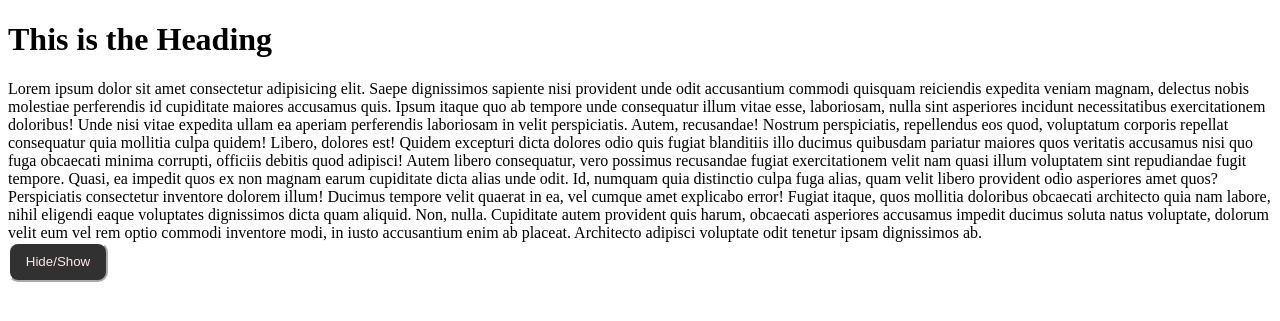
Repository: raisingh22/Simranlearning
Page: html css java/practice/index2.html
The author's editor kept a copy of each file at every save. The page is drawn from the files as they stood at one save, then again after a run of saves.
The browser window is 1280 px wide. The pictures show the whole page.

Above is the page before, as saved 2024-01-19 22:15:25.

After the next 2 saves:
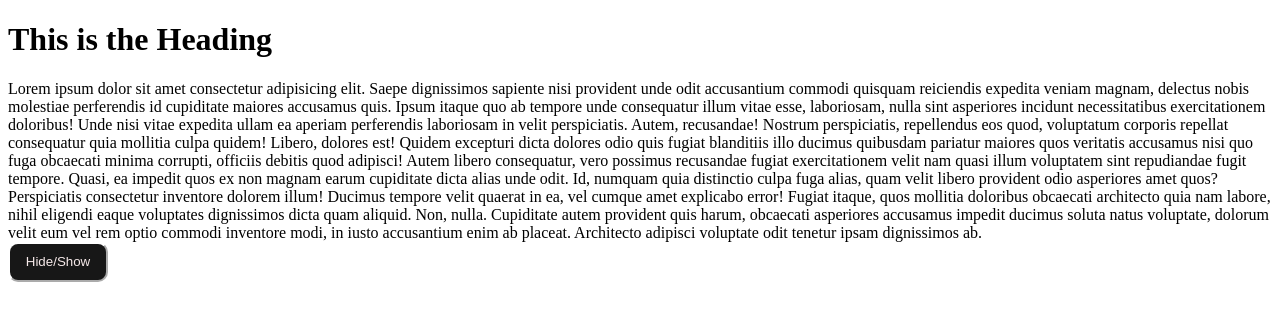
The 2 saves are shown as one change because they came seconds apart.
The last was saved 5 s later.
--- a/html css java/practice/index2.html
+++ b/html css java/practice/index2.html
@@ -10,7 +10,7 @@
             color: #f6e9e9;
             border-radius: 10px;
             border-color: white;
-            background-color: #000000ce;
+            background-color: #000000e8;
             height: 40px;
             width: 100px;
         }
